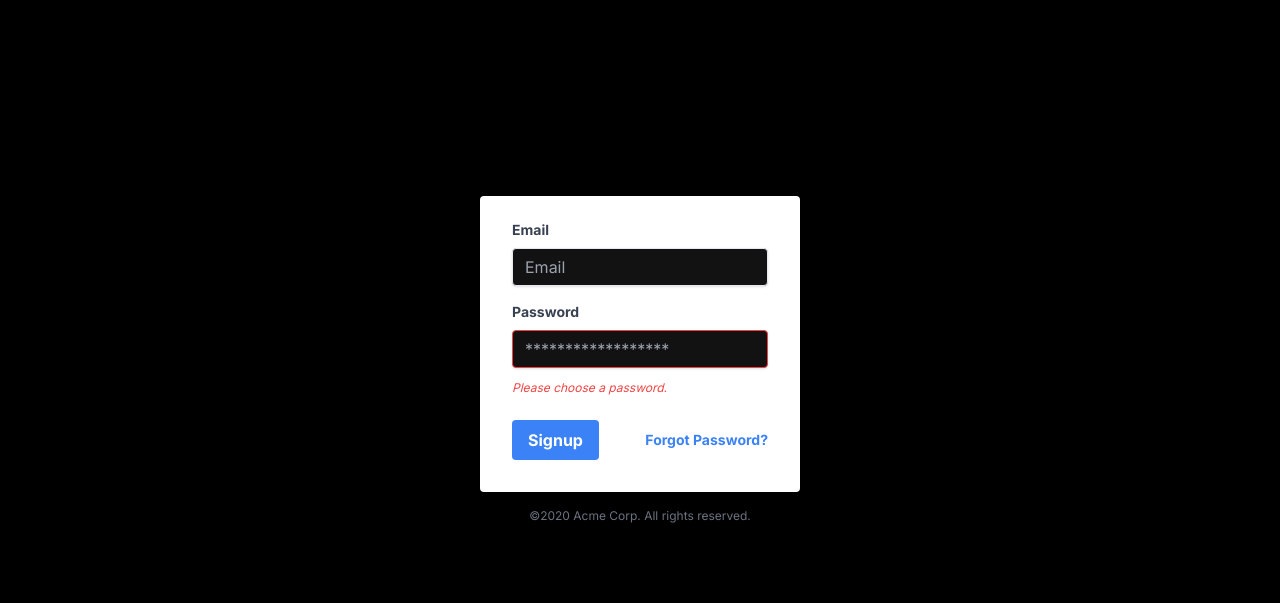
Repository: uh-sman/tasks
Page: /auth
These files come from the project's save history. The page is drawn as it stood at one moment and after the next save; the edit follows.
The browser window is 1280 px wide. The pictures show the whole page.
The project was rebuilt for these pictures with package versions that can differ from the ones it lists, and the page was loaded fresh each time. The framework's server and built-in components were replaced by stand-ins that run in the browser. Also part of the build but not shown: next.config.js.

Above is the page before, as saved 2024-01-12 12:26:29.

After the next save:
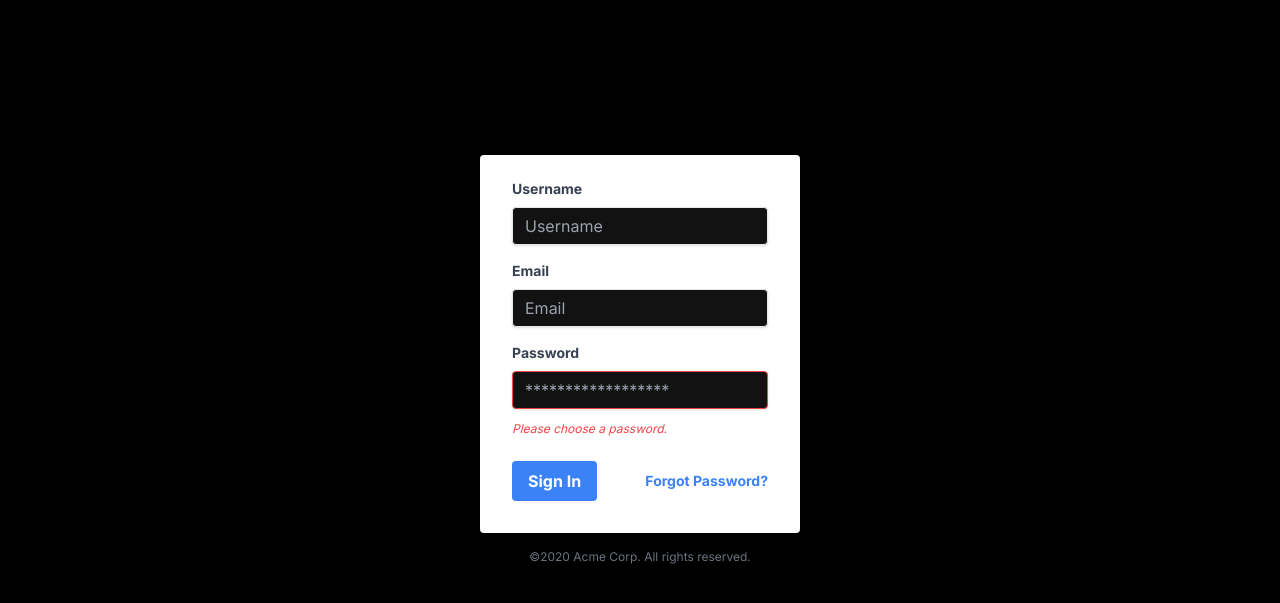
Saved 20 s later.
--- a/app/(components)/auth/page.tsx
+++ b/app/(components)/auth/page.tsx
@@ -3,7 +3,7 @@
 import axios, { AxiosError } from "axios";
 import { signIn } from "next-auth/react";
 const AuthForm = () => {
-  const [formState, setFormState] = useState<"LOGIN" | "SIGNUP">("LOGIN");
+  const [formState, setFormState] = useState<"LOGIN" | "SIGNUP">("SIGNUP");
     const [ form, setForm ] = useState({
         username:'',
         email:'',

After the save that followed:
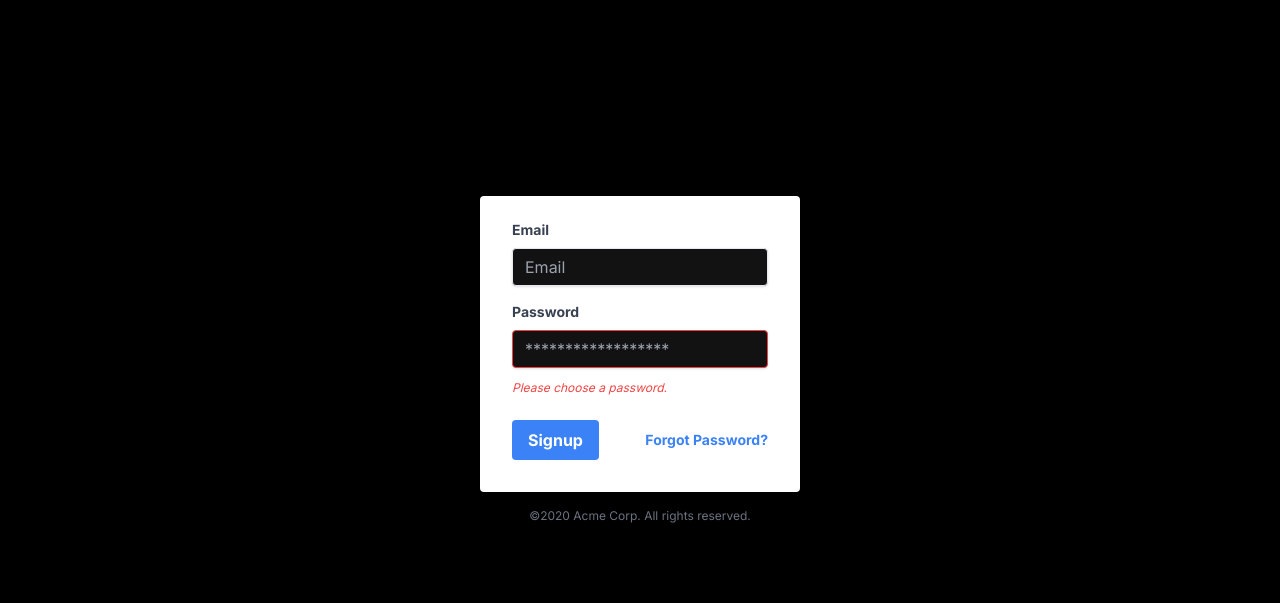
Saved 18 s later.
--- a/app/(components)/auth/page.tsx
+++ b/app/(components)/auth/page.tsx
@@ -3,7 +3,7 @@
 import axios, { AxiosError } from "axios";
 import { signIn } from "next-auth/react";
 const AuthForm = () => {
-  const [formState, setFormState] = useState<"LOGIN" | "SIGNUP">("SIGNUP");
+  const [formState, setFormState] = useState<"LOGIN" | "SIGNUP">("LOGIN");
     const [ form, setForm ] = useState({
         username:'',
         email:'',
